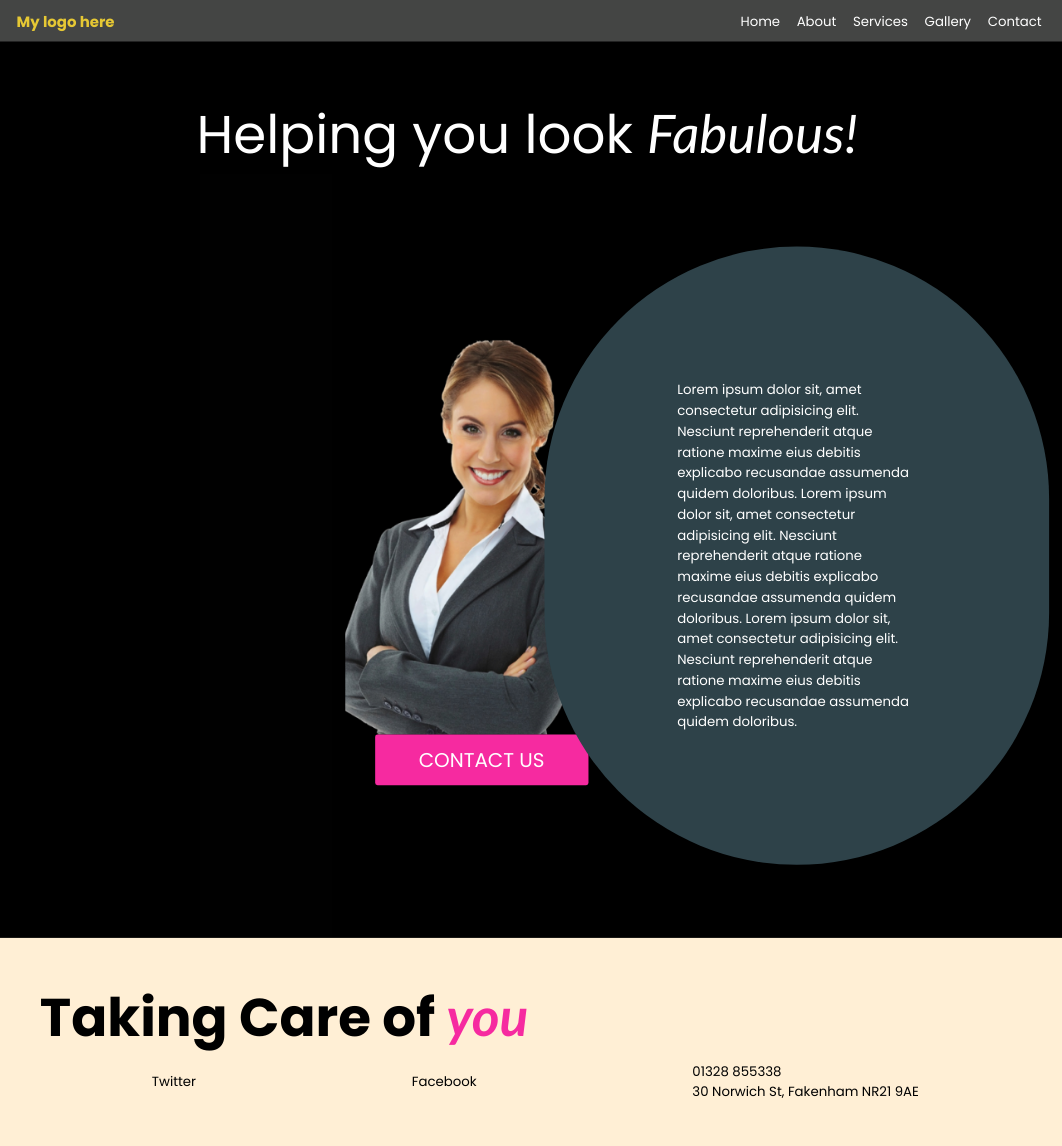
Repository: buzzedison/gardens
Page: index.html
An editor plug-in stored every save of this project. The page is shown before and after the next save, followed by the edit.
The browser window is 1280 px wide. The pictures show the whole page, at 83% of full size.

Above is the page before, as saved 2022-01-13 07:49:11.

After the next save:
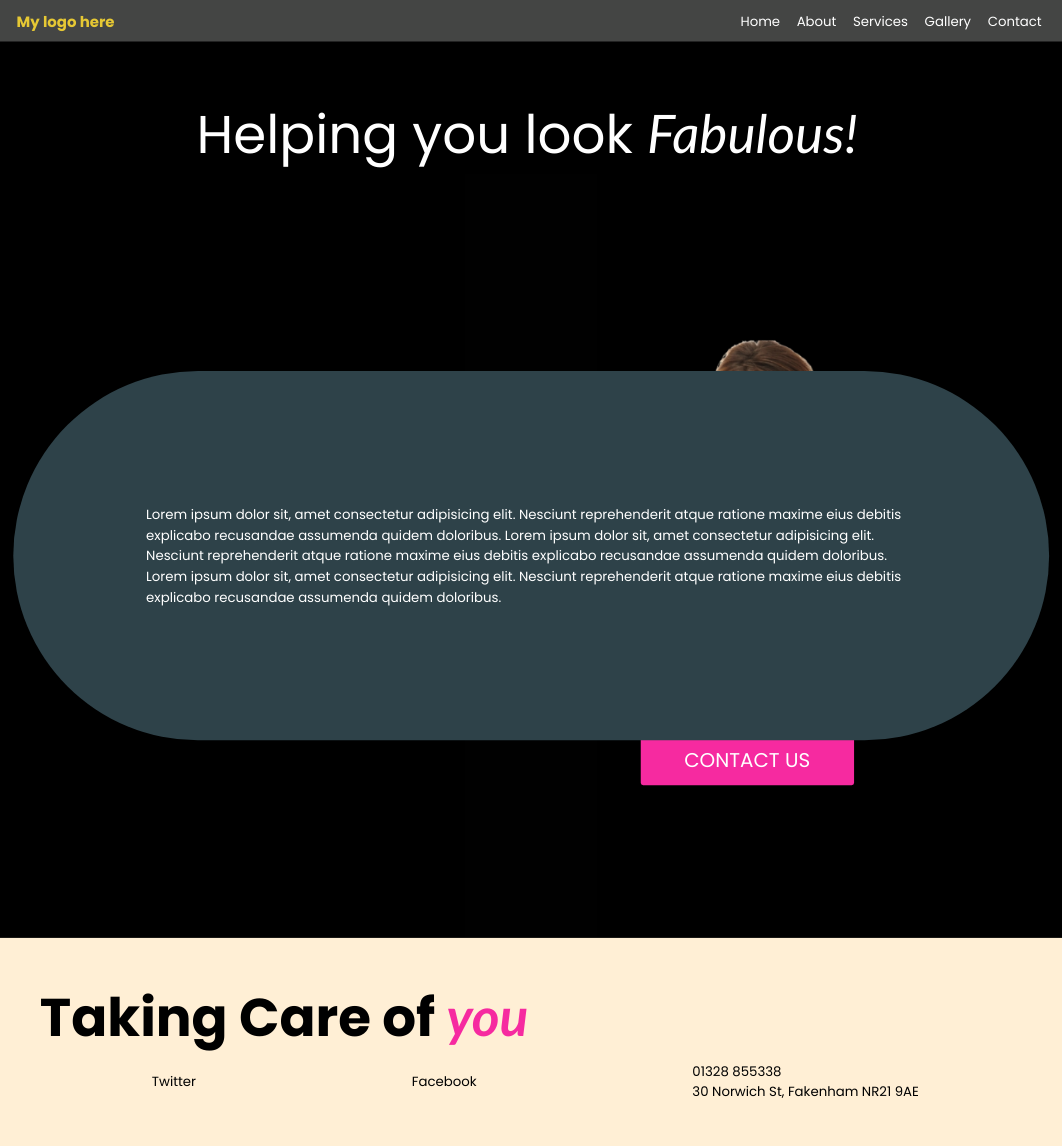
Saved 20 min 8 s later.
--- a/css/styles.css
+++ b/css/styles.css
@@ -150,12 +150,13 @@
 .grid > div{
    padding:1em;
    background-color:rgba(255, 235, 205, 0);
+   grid-area:overlay
 }
 
 .grid > div:nth-child(odd){
   background-color:rgba(255, 248, 220, 0.003);
 
-  grid-area:overlay
+
 
 }
 

After the save that followed:
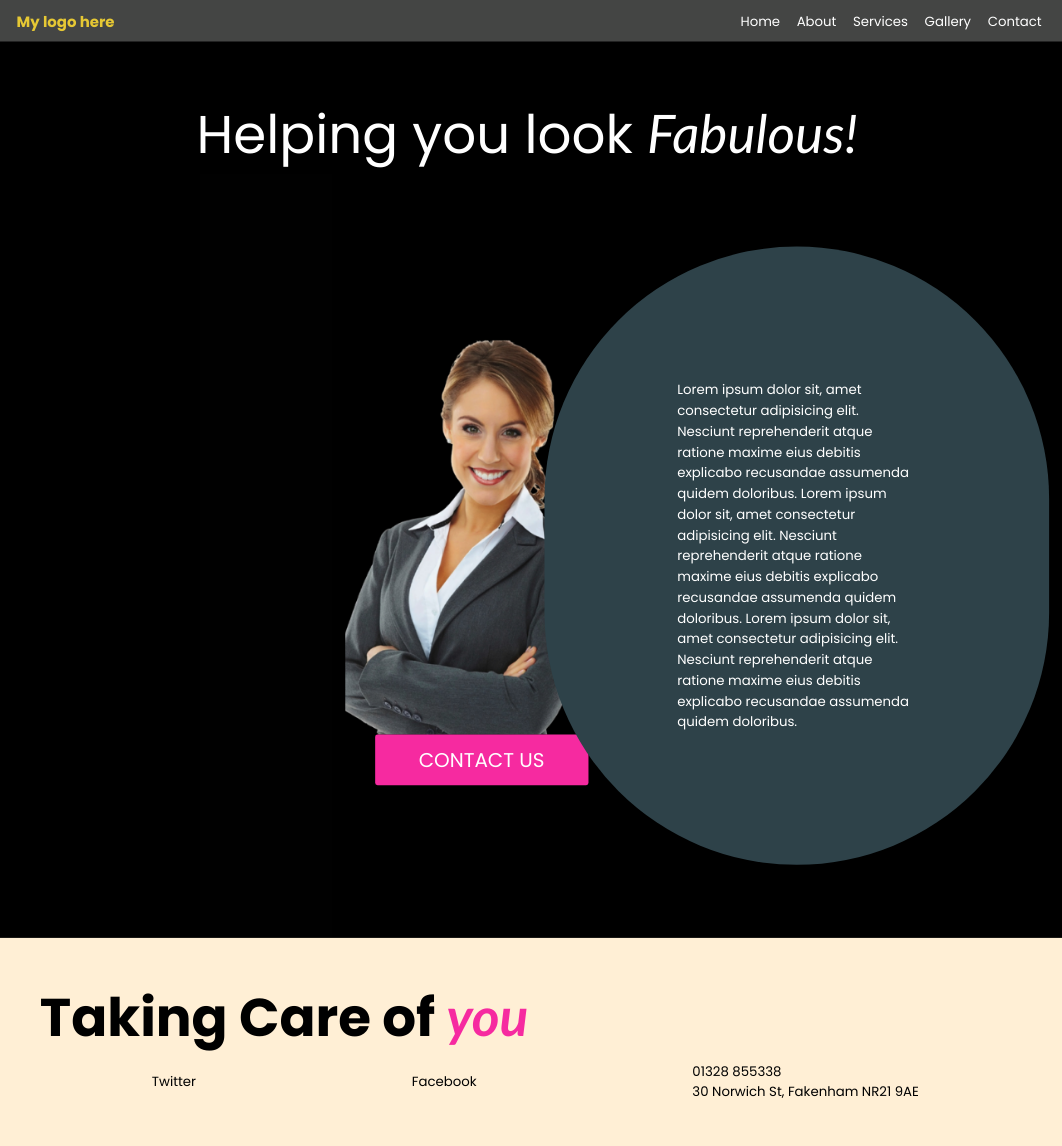
Saved 48 s later.
--- a/css/styles.css
+++ b/css/styles.css
@@ -150,7 +150,7 @@
 .grid > div{
    padding:1em;
    background-color:rgba(255, 235, 205, 0);
-   grid-area:overlay
+
 }
 
 .grid > div:nth-child(odd){
@@ -270,6 +270,7 @@
    -webkit-border-radius: 70px;
    border-radius: 500px;
     transition: all 1s ease;
+    grid-area:overlay
 
 
   }
